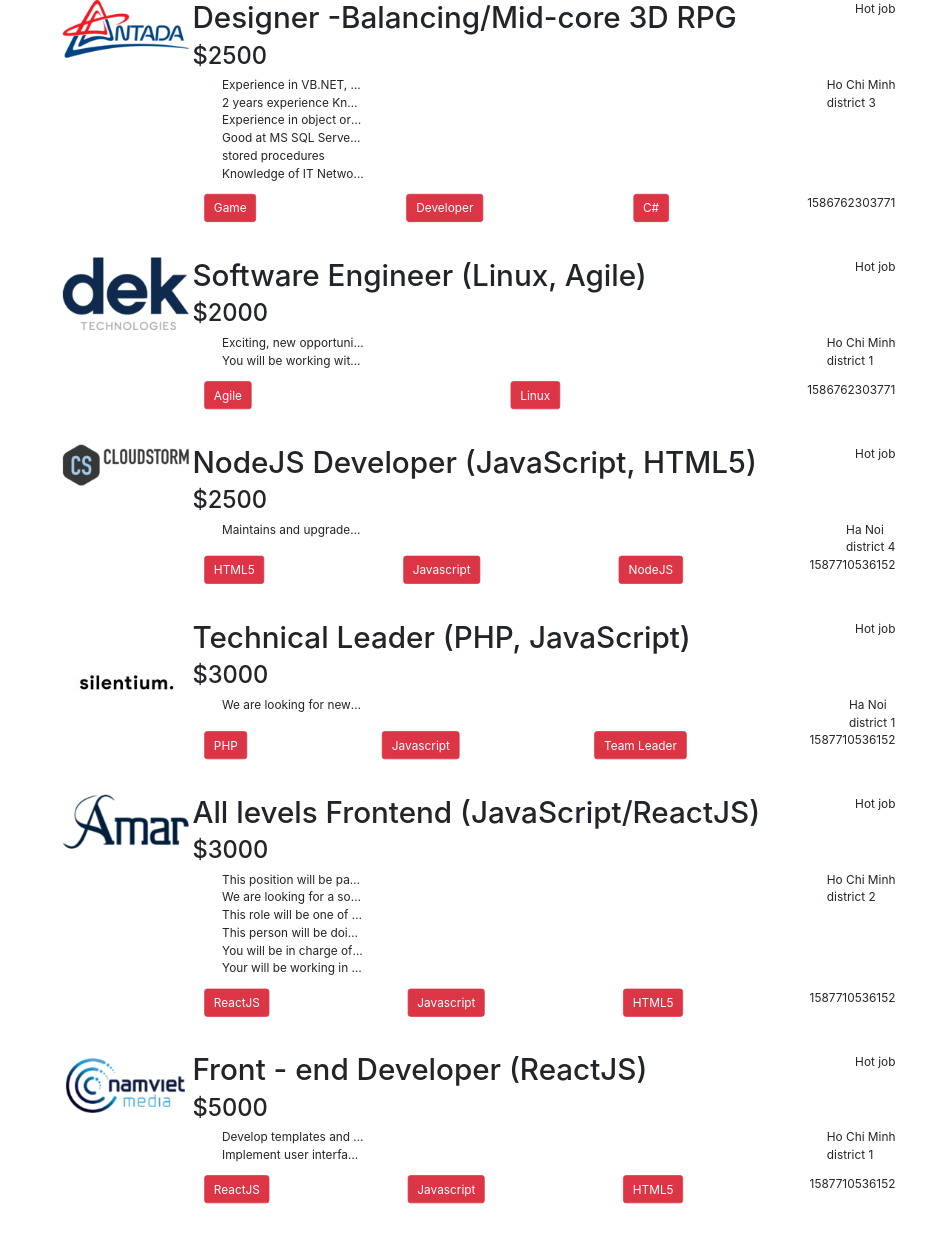
Repository: tts2610/itviec-clone
Page: /
The author's editor kept a copy of each file at every save. The page is drawn from the files as they stood at one save, then again after the next save.
The browser window is 1280 px wide. The pictures show the whole page, at 74% of full size.
The project was rebuilt for these pictures with package versions that can differ from the ones it lists, and the page was loaded fresh each time. Requests to the local data server were answered from the project's data file. Also part of the build but not shown: src/pages/Login.js, src/pages/Detail.js.

Above is the page before, as saved 2020-06-08 15:35:05.

### public/index.html
<!DOCTYPE html>
<html lang="en">

<head>
    <meta charset="utf-8" />
    <link rel="icon" href="%PUBLIC_URL%/favicon.ico" />
    <meta name="viewport" content="width=device-width, initial-scale=1" />
    <meta name="theme-color" content="#000000" />
    <meta name="description" content="Web site created using create-react-app" />
    <link rel="apple-touch-icon" href="%PUBLIC_URL%/logo192.png" />
    <!--
      manifest.json provides metadata used when your web app is installed on a
      user's mobile device or desktop. See https://developers.google.com/web/fundamentals/web-app-manifest/
    -->
    <link rel="manifest" href="%PUBLIC_URL%/manifest.json" />
    <!--
      Notice the use of %PUBLIC_URL% in the tags above.
      It will be replaced with the URL of the `public` folder during the build.
      Only files inside the `public` folder can be referenced from the HTML.

      Unlike "/favicon.ico" or "favicon.ico", "%PUBLIC_URL%/favicon.ico" will
      work correctly both with client-side routing and a non-root public URL.
      Learn how to configure a non-root public URL by running `npm run build`.
    -->
    <title>React App</title>
    <link rel="stylesheet" crossorigin="anonymous" href="https://maxcdn.bootstrapcdn.com/bootstrap/4.3.1/css/bootstrap.min.css" integrity="sha384-ggOyR0iXCbMQv3Xipma34MD+dH/1fQ784/j6cY/iJTQUOhcWr7x9JvoRxT2MZw1T" />
</head>

<body>
    <noscript>You need to enable JavaScript to run this app.</noscript>
    <div id="root"></div>
    <!--
      This HTML file is a template.
      If you open it directly in the browser, you will see an empty page.

      You can add webfonts, meta tags, or analytics to this file.
      The build step will place the bundled scripts into the <body> tag.

      To begin the development, run `npm start` or `yarn start`.
      To create a production bundle, use `npm run build` or `yarn build`.
    -->
</body>

</html>

### src/App.js
import React, { useState } from "react";
import logo from "./logo.svg";
import "./App.css";
import "bootstrap/dist/css/bootstrap.min.css";
import { Switch, Route, Redirect } from "react-router-dom";
import Jobs from "./pages/Jobs";
import Login from "./pages/Login";
import Detail from "./pages/Detail";

function App() {
  const [user, setUser] = useState(true);
  const ProtectedRoute = (props) => {
    if (user === true) {
      return <Route {...props} />;
    } else {
      return <Redirect to="/login" />;
    }
  };
  return (
    <div>
      <Switch>
        <ProtectedRoute
          path="/jobs/:id"
          render={(props) => <Detail {...props} />}
          // component={Detail}
        />
        <Route path="/jobs/:id" component={Detail} />
        <Route path="/jobs" component={Jobs} />
        <Route path="/login" component={Login} />
        <Route path="/" component={Jobs} />
      </Switch>
    </div>
  );
}

export default App;

### src/App.css
.App {
    text-align: center;
}

.App-logo {
    height: 40vmin;
    pointer-events: none;
}

@media (prefers-reduced-motion: no-preference) {
    .App-logo {
        animation: App-logo-spin infinite 20s linear;
    }
}

.App-header {
    background-color: #282c34;
    min-height: 100vh;
    display: flex;
    flex-direction: column;
    align-items: center;
    justify-content: center;
    font-size: calc(10px + 2vmin);
    color: white;
}

.App-link {
    color: #61dafb;
}

@keyframes App-logo-spin {
    from {
        transform: rotate(0deg);
    }
    to {
        transform: rotate(360deg);
    }
}

.desRow div ul li {
    display: block;
    white-space: nowrap;
    width: 12em;
    overflow: hidden;
    text-overflow: ellipsis;
}

### src/pages/Jobs.js
import React, { Component } from "react";
import axios from "axios";
import { Row, Col, Button, Container } from "react-bootstrap";

export default class Jobs extends Component {
  state = {
    jobList: [],
  };
  componentDidMount() {
    axios.get("http://localhost:3001/jobs/").then((res) => {
      const jobs = res.data;
      this.setState({ jobList: jobs });
    });
  }
  render() {
    return (
      <div>
        <Container>
          {this.state.jobList.map((job, index) => {
            return (
              <Row key={index} className="mb-5">
                <Col sm={2}>
                  <img src={process.env.PUBLIC_URL + `${job.img}`} alt="" />
                </Col>
                <Col sm={10}>
                  <Row style={{ justifyContent: "space-between" }}>
                    <h1>{job.title}</h1>
                    <div>Hot job</div>
                  </Row>
                  <Row>
                    <h2>${job.salary}</h2>
                  </Row>
                  <Row
                    className="desRow"
                    style={{ justifyContent: "space-between" }}
                  >
                    <div>
                      <ul>
                        {job.description.split(". ").map((des, index) => {
                          return <li key={index}>{des}</li>;
                        })}
                      </ul>
                    </div>

                    <div>
                      <div>{job.city}</div>
                      <div>district {job.district}</div>
                    </div>
                  </Row>
                  <Row style={{ justifyContent: "space-between" }}>
                    {job.tags.map((tag, index) => (
                      <Button className="ml-3" key={index} variant="danger">
                        {tag}
                      </Button>
                    ))}
                    <div>{job.time}</div>
                  </Row>
                </Col>
              </Row>
            );
          })}
        </Container>
      </div>
    );
  }
}

### db.json
{
  "jobs": [
    {
      "id": 0,
      "img": "/images/Logo1.png",
      "title": "Designer -Balancing/Mid-core 3D RPG",
      "salary": "2500",
      "city": "Ho Chi Minh",
      "district": "3",
      "time": 1586762303771,
      "tags": [
        "Game",
        "Developer",
        "C#"
      ],
      "isHotjob":true,
      "benefits": [
        "Walfare",
        "Multiple game genres",
        "Promotion opportunities"
      ],
      "description": "Experience in VB.NET, C#, ASP.NET, ADO.NET, HTML, CSS, Javascript and Web Service. 2 years experience Knowledge of Design Patterns, and UML. Experience in object oriented programming. Good at MS SQL Server (relational database). stored procedures. Knowledge of IT Network Knowledge of Accounting and Finance process is a plus."
    },
    {
      "id": 1,
      "img": "/images/Logo2.png",
      "title": "Software Engineer (Linux, Agile)",
      "salary": 2000,
      "city": "Ho Chi Minh",
      "district": 1,
      "time": 1586762303771,
      "tags": [
        "Agile",
        "Linux"
      ],
      "isHotjob":false,
      "benefits": [
        "Attractive and competitive salary",
        "Training/work overseas",
        "Open and honest culture"
      ],
      "description": "Exciting, new opportunities exist in our distributed cross-functional teams responsible for a large-scale system from a world-leading company. You will be working with functional modules required to manage signaling from end-user equipment, allocating application servers, establishing emergency connections, protecting core network, securing and controlling communication with other networks"
    },
    {
      "id": 2,
      "img": "/images/Logo3.png",
      "title": "NodeJS Developer (JavaScript, HTML5)",
      "salary": 2500,
      "city": "Ha Noi",
      "district": 4,
      "time": 1587710536152,
      "tags": [
        "HTML5",
        "Javascript",
        "NodeJS"
      ],
      "isHotjob":true,
      "benefits": [
        "Salary up to $2500",
        "Awesome working environment",
        "Amazing products and people"
      ],
      "description": "Maintains and upgrades many interesting current company's products Develops new company's products on demand Cooperates with back-end development and QA"
    },
    {
      "id": 3,
      "img": "/images/Logo4.png",
      "title": "Technical Leader (PHP, JavaScript)",
      "salary": 3000,
      "city": "Ha Noi",
      "district": 1,
      "time": 1587710536152,
      "tags": [
        "PHP",
        "Javascript",
        "Team Leader"
      ],
      "isHotjob":true,
      "benefits": [
        "Working with Japanese experts",
        "15 annual leave days",
        "Trained in technical skills"
      ],
      "description": "We are looking for new members who are passionate about technology, creative in solving problems, and desire to develop the best products for the end"
    },
    {
      "id": 4,
      "img": "/images/Logo5.png",
      "title": "All levels Frontend (JavaScript/ReactJS)",
      "salary": 3000,
      "city": "Ho Chi Minh",
      "district": 2,
      "time": 1587710536152,
      "tags": [
        "ReactJS",
        "Javascript",
        "HTML5"
      ],
      "isHotjob":false,
      "benefits": [
        "Training Program",
        "Premium healthcare",
        "On-site short/long-term in US"
      ],
      "description": "This position will be part of our core team. We are looking for a software developer that  take the role as lead software engineer. This role will be one of our building blocks when scaling out our team. This person will be doing development, research and on-boarding of new members. You will be in charge of your field and will actively participate in technology discussions in various projects. Your will be working in our new offices in Ho Chi Minh."
    },
    {
      "id": 5,
      "img": "/images/Logo6.png",
      "title": "Front - end Developer (ReactJS)",
      "salary": 5000,
      "city": "Ho Chi Minh",
      "district": 1,
      "time": 1587710536152,
      "tags": [
        "ReactJS",
        "Javascript",
        "HTML5"
      ],
      "isHotjob":true,
      "benefits": [
        "Ownership and growth",
        "Attractive Stock Options",
        "On-site short/long-term in US"
      ],
      "description": "Develop templates and prototype base on UI/UX designs. Implement user interface for web applications using ReactJS and/or Angular"
    }
  ]
}

Loaded but not shown: src/index.js (common file); src/index.css (common file); src/serviceWorker.js (common file)

After the next save:
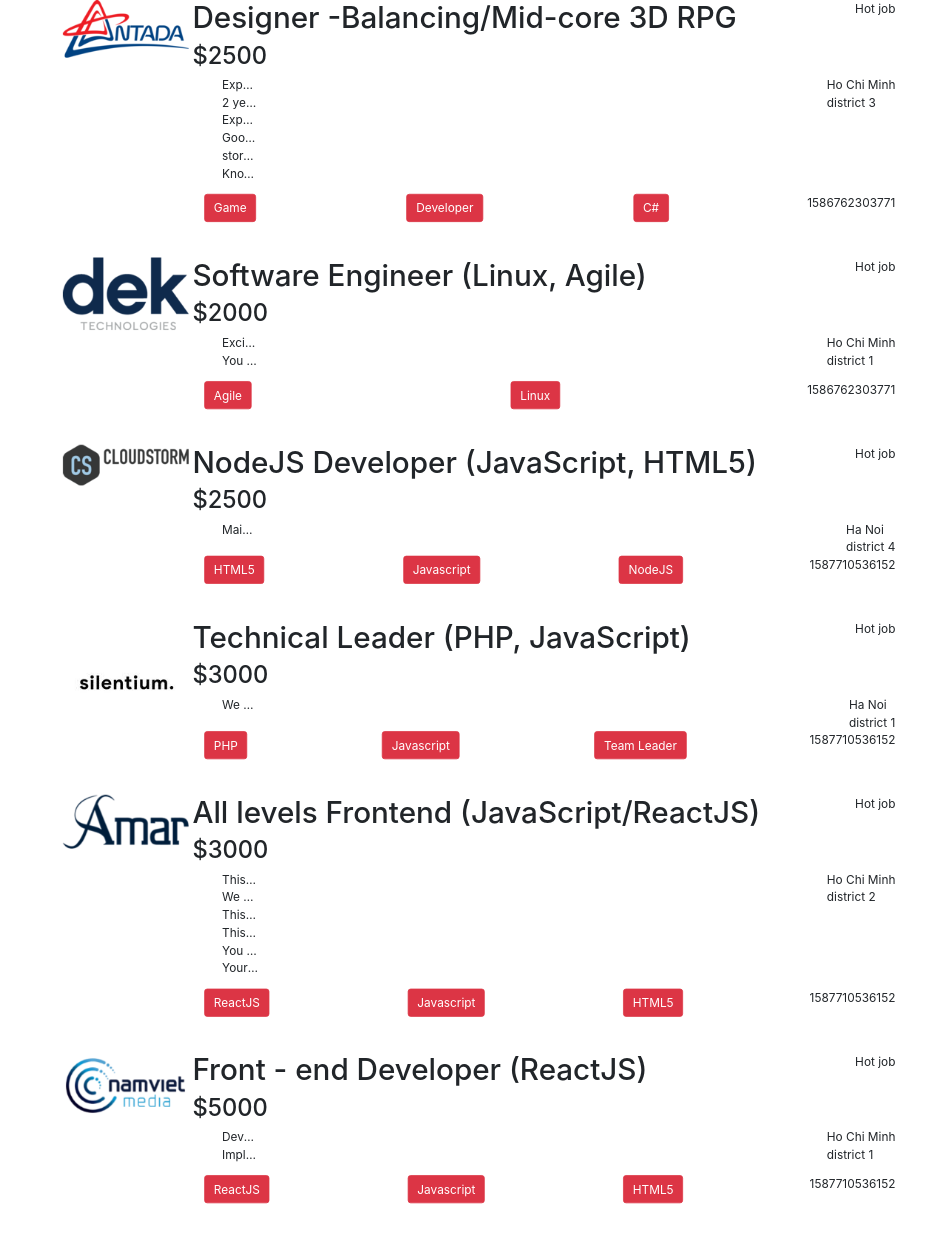
Saved 8 s later.
--- a/src/App.css
+++ b/src/App.css
@@ -40,7 +40,7 @@
 .desRow div ul li {
     display: block;
     white-space: nowrap;
-    width: 12em;
+    width: 50px;
     overflow: hidden;
     text-overflow: ellipsis;
 }
